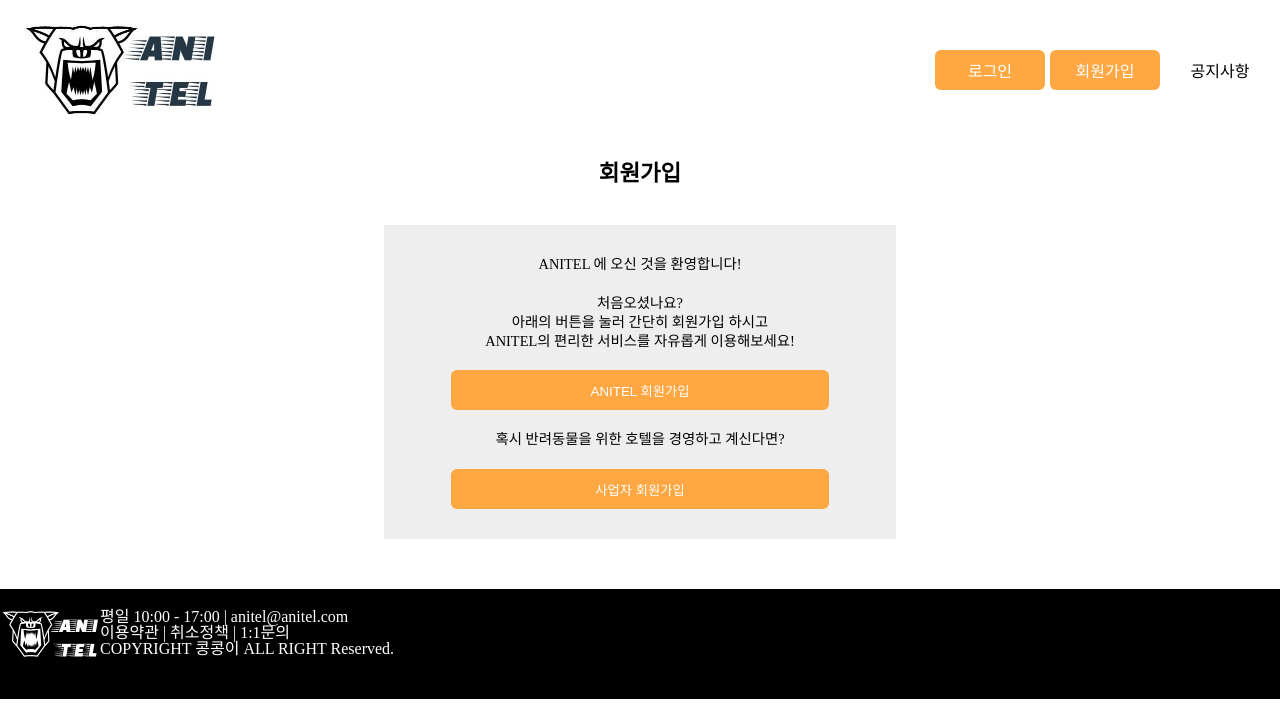
Repository: bangms/anitel
Page: http://localhost/anitel/anitel/member/signIn.jsp
An editor plug-in stored every save of this project. The page is shown before and after the next save, followed by the edit.
The browser window is 1280 px wide. The pictures show the whole page.
The pointer rests on the first visible `.box_wrap > button`.
The page is served by Tomcat 9. Other server files are loaded and not shown.

Above is the page before, as saved 2021-06-30 16:13:52.

### workspace/anitel/WebContent/anitel/member/signIn.jsp
<%@ page language="java" contentType="text/html; charset=UTF-8"
    pageEncoding="UTF-8"%>
<!DOCTYPE html>
<html>
<head>
	<meta charset="UTF-8">
	<title>Insert title here</title>
	<link rel="stylesheet" href="style/style.css">
	<link rel="stylesheet" href="style/reset.css">
</head>
<body>
<div id="container">
	<div id="header">
		<div id="logo">
			<img src="imgs/logo.jpg" width="200px" height="100px">
		</div>
		<div id="button">
			<button id="notice">공지사항</button>
			<button id="signin">회원가입</button>
			<button id="login">로그인</button>
		</div>
	</div>
	<div id="signup_wrap">
    <h1 align="center">회원가입</h1>
		<div class="box_wrap">
			<p class="txt1"> ANITEL 에 오신 것을 환영합니다! </p>
			<p class="txt2"> 처음오셨나요?<br />
			아래의 버튼을 눌러 간단히 회원가입 하시고 <br />
			ANITEL의 편리한 서비스를 자유롭게 이용해보세요!
			</p>
			<button class="btn_user_signup" onclick="window.location='signInUserForm.jsp'">ANITEL 회원가입</button>
			<p> 혹시 반려동물을 위한 호텔을 경영하고 계신다면?</p>
			<button class="btn_mem_signup" onclick="window.location='signInMemberForm.jsp'">사업자 회원가입</button>
		</div>
   </div>

  <!-- 여기서부터 푸터입니다. 일단  DON't Touch !!!!!  -->
		<div id="footer">
			 <img src="imgs/logo2.png" width=100px; height=50px;>
			 <p> 평일 10:00 - 17:00 | anitel@anitel.com <br/>
			 이용약관 | 취소정책 | 1:1문의 <br/>
				COPYRIGHT 콩콩이 ALL RIGHT Reserved.</p>
			</div>
  </div>
</body>
</html>

### workspace/anitel/WebContent/anitel/member/style/style.css
 /* 공통 */
 html, body {
 	height: 100%;
 	width: 100%;
 }

#container {
  width: 100%;
}

#header {
	width: 100%;
  height: 140px;
	top:0;
	left: 0;
	background-color:white;
	display:inline-block;
}

#logo {
	width: 300px;
	height:100px;
	padding: 20px;
	float:left;
}

#button {
	height:140px;
	float:right;
}

#button > button {
	margin-top: 50px;
	border: none;
	border-radius: 6px;
 	width: 110px;
 	height:40px;
 	font-size: 16px;
 	cursor: pointer;
	color:white;
	float : right;
	margin-right: 5px;
	background-color:#FFA742;
}


#button button#notice{
	background-color: #fff;
	color:black;
}

#button button:hover{
	background-color:#FF822B !important;
	color:#fff !important;
}

#footer {
	height:70px;
	width:100%;
	background-color:black;
	color:white;
	padding: 20px 0;
	margin-top: 50px;
}

/* + 추가로 footer 글부분 수정 필요함 */

    p{
    	margin-top:10px;
    	font-size: 13px;
    	margin-left : 200px;

    }
    img {
    	float:left;
    	padding: 20px;
    	margin-top:-15px;
    	margin-left:40px;
    }


/* 회원가입 선택 */
#signup_wrap {
	width: 40%;
	margin: 0 auto;
}

#signup_wrap h1 {
	font-size: 1.4em;
	font-weight: bold;
	padding: 20px 0;
}

.box_wrap {
	background-color: #eee;
	margin-top: 20px;
	padding: 20px;
	font-size: 0.9em;
	text-align: center;
}
.box_wrap p {
	padding: 10px 0;
	line-height: 1.3em;
}

.box_wrap > button {
	height: 40px;
  width: 80%;
  margin: 10px 0;
  background-color: #FFA742;
  cursor: pointer;
  color: white;
  border: none;
  border-radius: 6px;
}

button.btn_mem_signup {

}



/* 사업자 회원가입 form */

.hidden {
	display:none;
}

.show {
	display:block;
}


/* 로그인 form */
.login_wrap {
width : 500px;
margin: 0 auto;
margin-bottom: 30px;
background-color: #fff;
}

.sel_wrap {
width: 100%;
height: 85px;
background: #999;
margin-bottom: 50px;
}

.login {
height: 70px;
float: left;
margin-top: 15px;
cursor: pointer;
color: black;
font-size:18px;
line-height: 70px;
}

.memberLogin {
width: 50%;
background: #999;
}

.userLogin {
width: 50%;
background: white;
}


.input {
width: 80%;
border: 1px solid gray;
padding: 10px 0;
border-radius: 10px;
margin-bottom: 10px;
}

.input_wrap {
margin-top: 10px;
}
.input_wrap > input {
background-color: transparent;
}

.btn_wrap {
width: 80%;
margin: 20px auto;
color: black;
}

.btn_wrap button {
width: 100%;
margin: 0 auto;
padding: 10px 0;
border-radius: 10px;
height: 40px;
margin-bottom: 10px;
cursor: pointer;
border: 0;
color:black;
}

button.btn_login {
  background-color: #555;
  color:white;
}

.btn_wrap > label {
  display: inline-flex;
}

Loaded but not shown: workspace/anitel/WebContent/anitel/member/style/reset.css (common file)

After the next save:
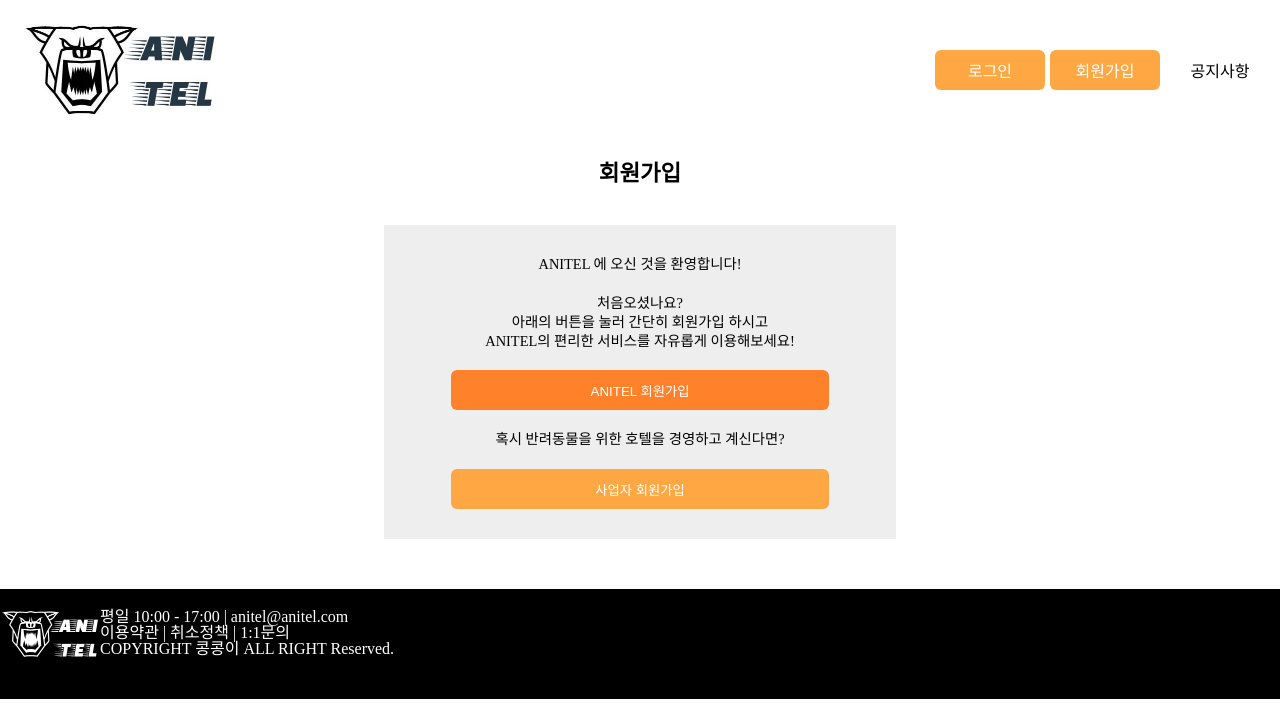
Saved 3 min 5 s later.
--- a/workspace/anitel/WebContent/anitel/member/style/style.css
+++ b/workspace/anitel/WebContent/anitel/member/style/style.css
@@ -118,6 +118,10 @@
 
 }
 
+.box_wrap > button:hover{
+	background-color:#FF822B !important;
+	color:#fff !important;
+}
 
 
 /* 사업자 회원가입 form */
